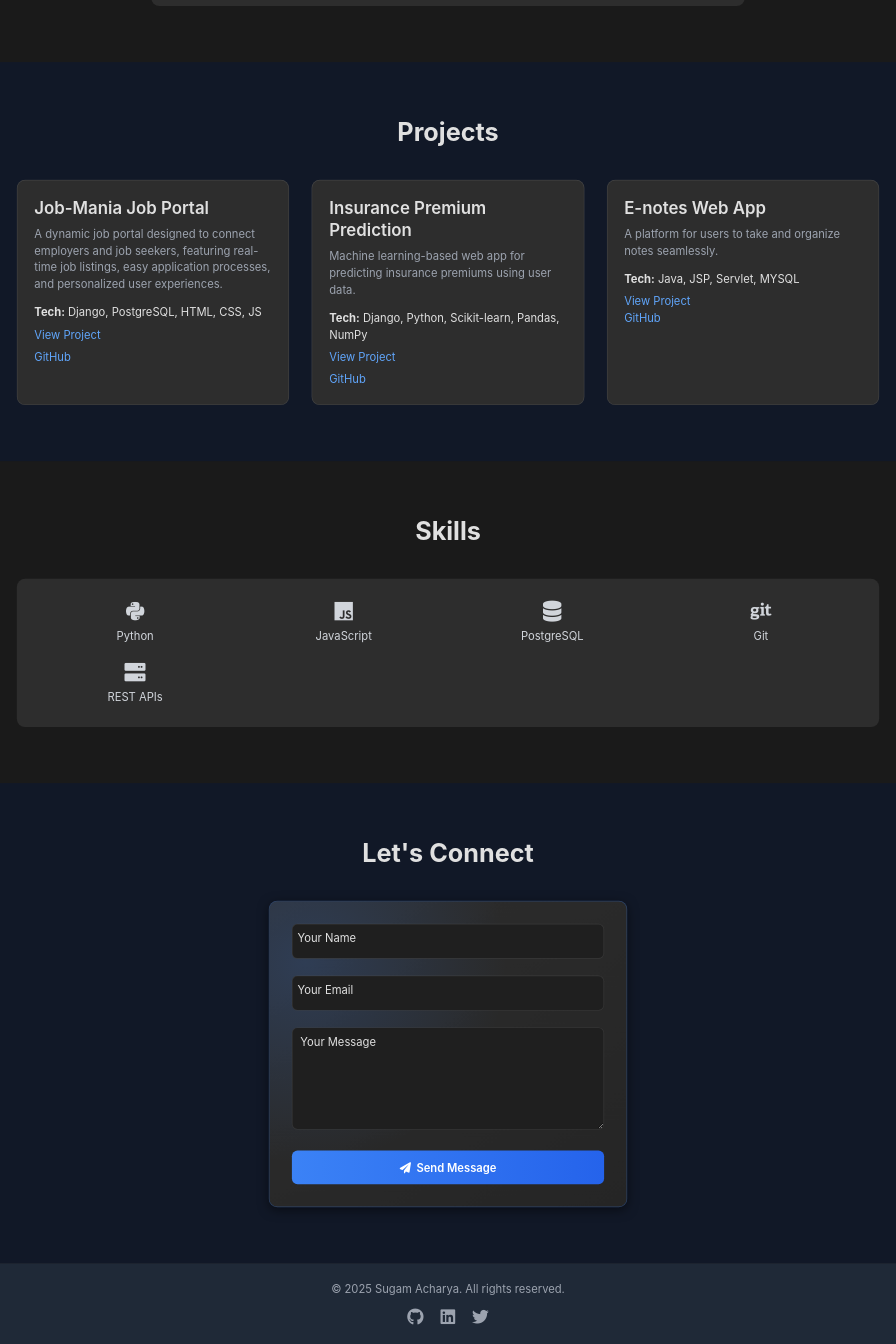
Repository: Sugaam0/Portfolio
Page: portfolio/home/templates/home/index.html
These files come from the project's save history. The page is drawn as it stood at one moment and after the next save; the edit follows.
The browser window is 1280 px wide. The pictures show the part of the page from y = 994 to 2914 px (the page is 2914 px tall before and 2828 px after), at 70% of full size.
The template is drawn by Django 5.2. The application's start-up code is not run. Other server files are loaded and not shown. The template is opened directly, without the code that normally fills it, so the values that code supplies are empty.

Above is the page before, as saved 2025-05-08 17:51:43.

### portfolio/home/templates/home/index.html
{% load static %}
<!DOCTYPE html>
<html lang="en">
<head>
  <meta charset="UTF-8" />
  <meta name="viewport" content="width=device-width, initial-scale=1.0"/>
  <title>| Sugam Acharya |</title>
  <link href="https://cdn.jsdelivr.net/npm/tailwindcss@2.2.19/dist/tailwind.min.css" rel="stylesheet"/>
  <link rel="stylesheet" href="https://cdnjs.cloudflare.com/ajax/libs/font-awesome/6.0.0-beta3/css/all.min.css"/>
  <link rel="stylesheet" href="{% static 'css/style.css' %}">
</head>
<body class="antialiased scroll-smooth">

{% include 	"home/navbar.html" %}
<!-- Hero Section -->
<section id="home" class="min-h-screen flex items-center justify-center pt-20">
  <div class="container mx-auto px-6 text-center">
    <h1 class="text-5xl font-bold mb-4">Aspiring Full-Stack Developer</h1>
    <p class="text-lg text-accent mb-4">
      <span id="typed-text" class="font-semibold">Building the web one line at a time.</span>
    </p>
    <p class="text-xl text-secondary mb-6">
      Eager to build innovative digital experiences and grow through hands-on projects and collaboration.
    </p>
    <p class="text-md text-secondary mb-8">
      Recently completed training in modern web technologies including Python, JavaScript, and Java.
    </p>
    <a href="#projects" class="btn-accent px-6 py-3 rounded-lg font-semibold">Explore My Work</a>
  </div>
</section>

<!-- About Section -->
<section id="about" class="py-20">
  <div class="container mx-auto px-6 max-w-4xl">
    <h2 class="text-4xl font-bold text-center mb-10">About Me</h2>
    <div class="section-bg p-8">
      <p class="text-lg leading-relaxed text-gray-300">
        Passionate coder focused on building efficient web solutions. Skilled in Python and Machine Learning, I'm eager to turn creative ideas into functional applications.
      </p>
    </div>
  </div>
</section>

<!-- Projects -->
<section id="projects" class="py-20 bg-gray-900">
    <div class="container mx-auto px-6">
      <h2 class="text-4xl font-bold text-center mb-12">Projects</h2>
      <div class="grid grid-cols-1 sm:grid-cols-2 lg:grid-cols-3 gap-8">
        <!-- Project Cards -->
        <div class="project-card section-bg p-6">
          <h3 class="text-2xl font-semibold mb-2">Job-Mania Job Portal</h3>
          <p class="text-gray-400 mb-4">A dynamic job portal designed to connect employers and job seekers, featuring real-time job listings, easy application processes, and personalized user experiences.</p>
          <p><strong>Tech:</strong> Django, PostgreSQL, HTML, CSS, JS</p>
          <a href="#" class="text-blue-400 hover:underline mt-2 inline-block">View Project</a><br>
          <a href="https://github.com/Sugaam0/JobMania-JobPortal" class="text-blue-400 hover:underline mt-2 inline-block" target="_blank">GitHub</a>
        </div>
        <div class="project-card section-bg p-6">
          <h3 class="text-2xl font-semibold mb-2">Insurance Premium Prediction</h3>
          <p class="text-gray-400 mb-4">Machine learning-based web app for predicting insurance premiums using user data.</p>
          <p><strong>Tech:</strong> Django, Python, Scikit-learn, Pandas, NumPy</p>
          <a href="#" class="text-blue-400 hover:underline mt-2 inline-block">View Project</a><br>
          <a href="https://github.com/Sugaam0/insurance-Premium-Prediction" class="text-blue-400 hover:underline mt-2 inline-block" target="_blank">GitHub</a>

        </div>
        <div class="project-card section-bg p-6">
            <h3 class="text-2xl font-semibold mb-2">E-notes Web App</h3>
            <p class="text-gray-400 mb-4">A platform for users to take and organize notes seamlessly.</p>
            <p><strong>Tech:</strong> Java, JSP, Servlet, MYSQL</p>
            <div class="mt-2">
                <a href="#" class="text-blue-400 hover:underline inline-block mr-4">View Project</a><br>
                <a href="https://github.com/Sugaam0/ProjectFinal-Online-Notepad" class="text-blue-400 hover:underline inline-block" target="_blank">GitHub</a>
            </div>
        </div>
      </div>
    </div>
  </section>


<!-- Skills -->
<section id="skills" class="py-20">
  <div class="container mx-auto px-6">
    <h2 class="text-4xl font-bold text-center mb-12">Skills</h2>
    <div class="section-bg p-8 grid grid-cols-2 md:grid-cols-4 gap-6 text-center text-gray-300">
      <div><i class="fab fa-python text-3xl mb-2 icon-hover"></i><p>Python</p></div>
      <div><i class="fab fa-js text-3xl mb-2 icon-hover"></i><p>JavaScript</p></div>

      <div><i class="fas fa-database text-3xl mb-2 icon-hover"></i><p>PostgreSQL</p></div>


      <div><i class="fab fa-git text-3xl mb-2 icon-hover"></i><p>Git</p></div>
      <div><i class="fas fa-server text-3xl mb-2 icon-hover"></i><p>REST APIs</p></div>
    </div>
  </div>
</section>

<!-- Contact Section -->
<section id="contact" class="py-20 bg-gray-900">
  <div class="container mx-auto px-6">
    <h2 class="text-4xl font-bold text-center mb-12">Let's Connect</h2>
    <div class="contact-form p-8 max-w-lg mx-auto rounded-xl">
      <form action="{% url 'contact' %}" method="POST">
        {% csrf_token %}
        <div class="mb-6 relative">
          <input type="text" id="name" name="name" class="form-input w-full p-3 rounded-lg peer" placeholder=" " required>
          <label for="name" class="form-label absolute left-2 top-2 text-secondary">Your Name</label>
        </div>
        <div class="mb-6 relative">
          <input type="email" id="email" name="email" class="form-input w-full p-3 rounded-lg peer" placeholder=" " required>
          <label for="email" class="form-label absolute left-2 top-2 text-secondary">Your Email</label>
        </div>
        <div class="mb-6 relative">
          <textarea id="message" name="message" rows="5" class="form-input w-full p-3 rounded-lg peer" placeholder=" " required></textarea>
          <label for="message" class="form-label absolute left-3 top-2 text-secondary">Your Message</label>
        </div>
        <button type="submit" class="btn-accent w-full py-3 rounded-lg font-semibold flex items-center justify-center gap-2">
          <i class="fas fa-paper-plane"></i> Send Message
        </button>
      </form>
    </div>
  </div>
</section>

<!-- Footer -->
{% include "home/footer.html" %}
</body>
</html>

### portfolio/home/templates/home/navbar.html
<!-- Navbar -->
<nav class="navbar fixed top-0 w-full z-50">
    <div class="container mx-auto px-6 py-5 flex justify-between items-center">
      <a href="{% url 'index' %}" class="logo text-white">Sugam Acharya</a>
      <div class="space-x-6 text-sm font-medium">
        <a href="#about" class="nav-link">About</a>
        <a href="#projects" class="nav-link">Projects</a>
        <a href="#skills" class="nav-link">Skills</a>
        <a href="#contact" class="nav-link">Contact</a>
      </div>
    </div>
  </nav>

### portfolio/home/templates/home/footer.html
<footer class="bg-gray-800 py-6">
    <div class="container mx-auto px-6 text-center text-gray-400">
      <p>© 2025 Sugam Acharya. All rights reserved.</p>
      <div class="flex justify-center space-x-6 mt-4">
        <a href="https://github.com/Sugaam0" class="icon-hover" target="_blank"><i class="fab fa-github text-2xl"></i></a>
        <a href="https://www.linkedin.com/in/sugam-acharya-b1059a23b/" class="icon-hover" target="_blank"><i class="fab fa-linkedin text-2xl"></i></a>
        <a href="https://x.com/gaam_su" class="icon-hover" target="_blank"><i class="fab fa-twitter text-2xl"></i></a>
      </div>
    </div>
  </footer>

### portfolio/home/static/css/style.css
:root {
    --bg-primary: #1a1a1a;
    --bg-secondary: #2d2d2d;
    --text-primary: #e0e0e0;
    --text-secondary: #a0a0a0;
    --accent: #3b82f6;
    --accent-dark: #2563eb;
  }

  body {
    background-color: var(--bg-primary);
    color: var(--text-primary);
    font-family: 'Inter', sans-serif;
  }

  .navbar {
    background: linear-gradient(to bottom, var(--bg-secondary), rgba(45, 45, 45, 0.95));
    backdrop-filter: blur(8px);
    box-shadow: 0 2px 5px rgba(0, 0, 0, 0.3);
  }

  .nav-link {
    position: relative;
    padding-bottom: 0.25rem;
    transition: color 0.3s ease;
  }

  .nav-link::after {
    content: '';
    position: absolute;
    width: 0;
    height: 2px;
    bottom: 0;
    left: 0;
    background-color: var(--accent);
    transition: width 0.3s ease;
  }

  .nav-link:hover::after {
    width: 100%;
  }

  .nav-link:hover {
    color: var(--accent);
  }

  .logo {
    font-size: 1.75rem;
    font-weight: 800;
    letter-spacing: 0.05em;
    transition: transform 0.3s ease, color 0.3s ease;
  }

  .logo:hover {
    transform: scale(1.05);
    color: var(--accent);
  }

  .section-bg {
    background-color: var(--bg-secondary);
    border-radius: 0.75rem;
    transition: background-color 0.3s ease;
  }

  .section-bg:hover {
    background-color: #353535;
  }

  .btn-accent {
    background: linear-gradient(to right, var(--accent), var(--accent-dark));
    color: white;
    position: relative;
    overflow: hidden;
    transition: background 0.3s ease;
  }

  .btn-accent::before {
    content: '';
    position: absolute;
    top: 0;
    left: -100%;
    width: 100%;
    height: 100%;
    background: linear-gradient(90deg, transparent, rgba(255, 255, 255, 0.2), transparent);
    transition: 0.5s;
  }

  .btn-accent:hover::before {
    left: 100%;
  }

  .btn-accent:hover {
    background: linear-gradient(to right, var(--accent-dark), var(--accent));
  }

  .project-card {
    transition: transform 0.3s ease, box-shadow 0.3s ease, border-color 0.3s ease;
    border: 1px solid rgba(255, 255, 255, 0.1);
  }

  .project-card:hover {
    transform: translateY(-6px);
    box-shadow: 0 6px 25px rgba(0, 0, 0, 0.6);
    border-color: var(--accent);
  }

  .icon-hover {
    transition: transform 0.3s ease, color 0.3s ease;
  }

  .icon-hover:hover {
    transform: scale(1.2);
    color: var(--accent);
  }

  /* Enhanced Contact Form Styles */
      .contact-form {
          background: linear-gradient(145deg, var(--bg-secondary), #252525);
          border: 1px solid rgba(59, 130, 246, 0.3);
          box-shadow: 0 4px 15px rgba(0, 0, 0, 0.5);
          position: relative;
          overflow: hidden;
      }

      .contact-form::before {
          content: '';
          position: absolute;
          top: 0;
          left: 0;
          width: 100%;
          height: 100%;
          background: radial-gradient(circle at 10% 20%, rgba(59, 130, 246, 0.2) 0%, transparent 50%);
          pointer-events: none;
      }

      .form-input {
          background-color: #1f1f1f;
          border: 1px solid rgba(255, 255, 255, 0.1);
          transition: border-color 0.3s ease, box-shadow 0.3s ease;
      }

      .form-input:focus {
          border-color: var(--accent);
          box-shadow: 0 0 8px rgba(59, 130, 246, 0.3);
          outline: none;
      }

      .form-label {
          transition: color 0.3s ease;
      }

      .form-input:focus + .form-label,
      .form-input:not(:placeholder-shown) + .form-label {
          color: var(--accent);
          transform: translateY(-1.5rem);
          font-size: 0.8rem;
      }

      ::selection {
          background: var(--accent);
          color: white;
      }

After the next save:
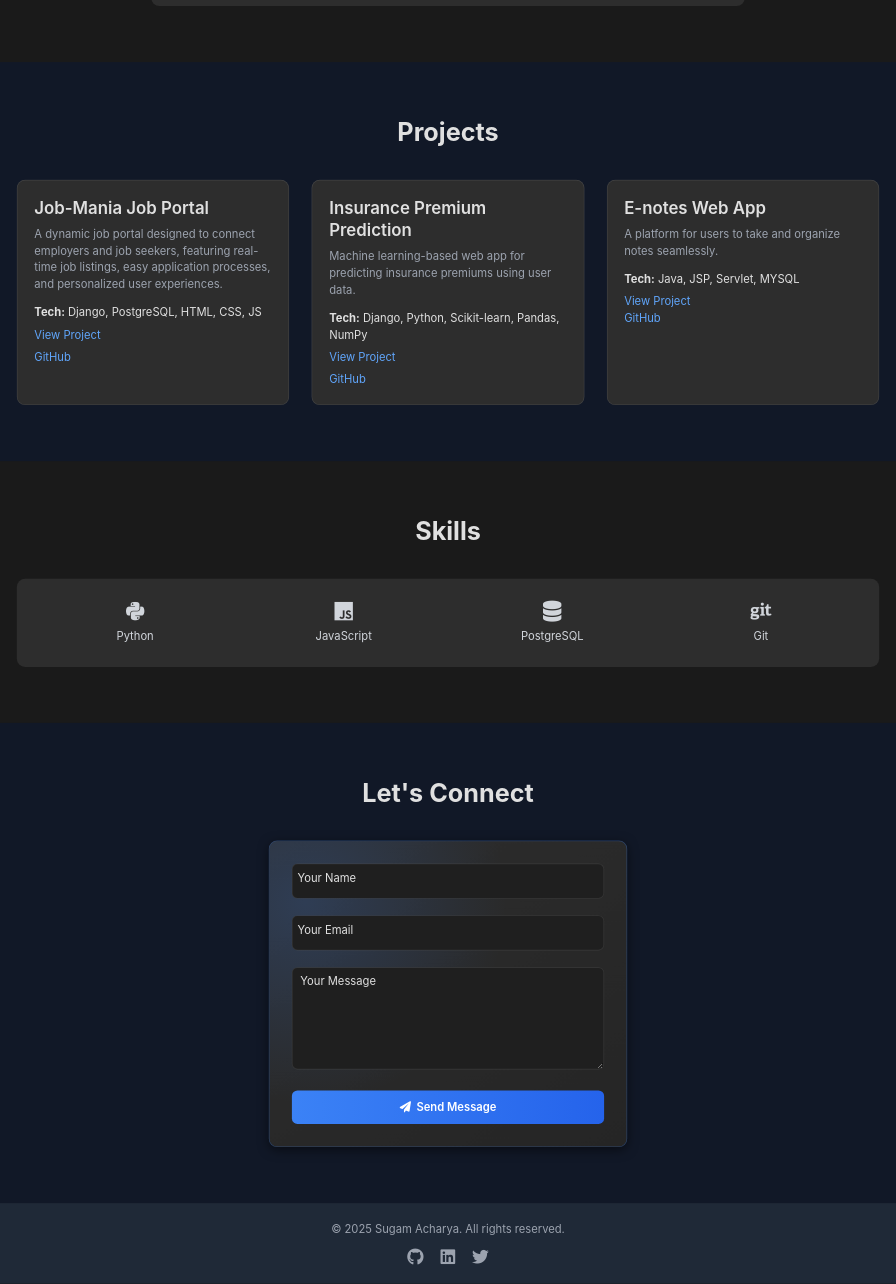
Saved 4 s later.
--- a/portfolio/home/templates/home/index.html
+++ b/portfolio/home/templates/home/index.html
@@ -88,7 +88,7 @@
 
 
       <div><i class="fab fa-git text-3xl mb-2 icon-hover"></i><p>Git</p></div>
-      <div><i class="fas fa-server text-3xl mb-2 icon-hover"></i><p>REST APIs</p></div>
+
     </div>
   </div>
 </section>

After the save that followed:
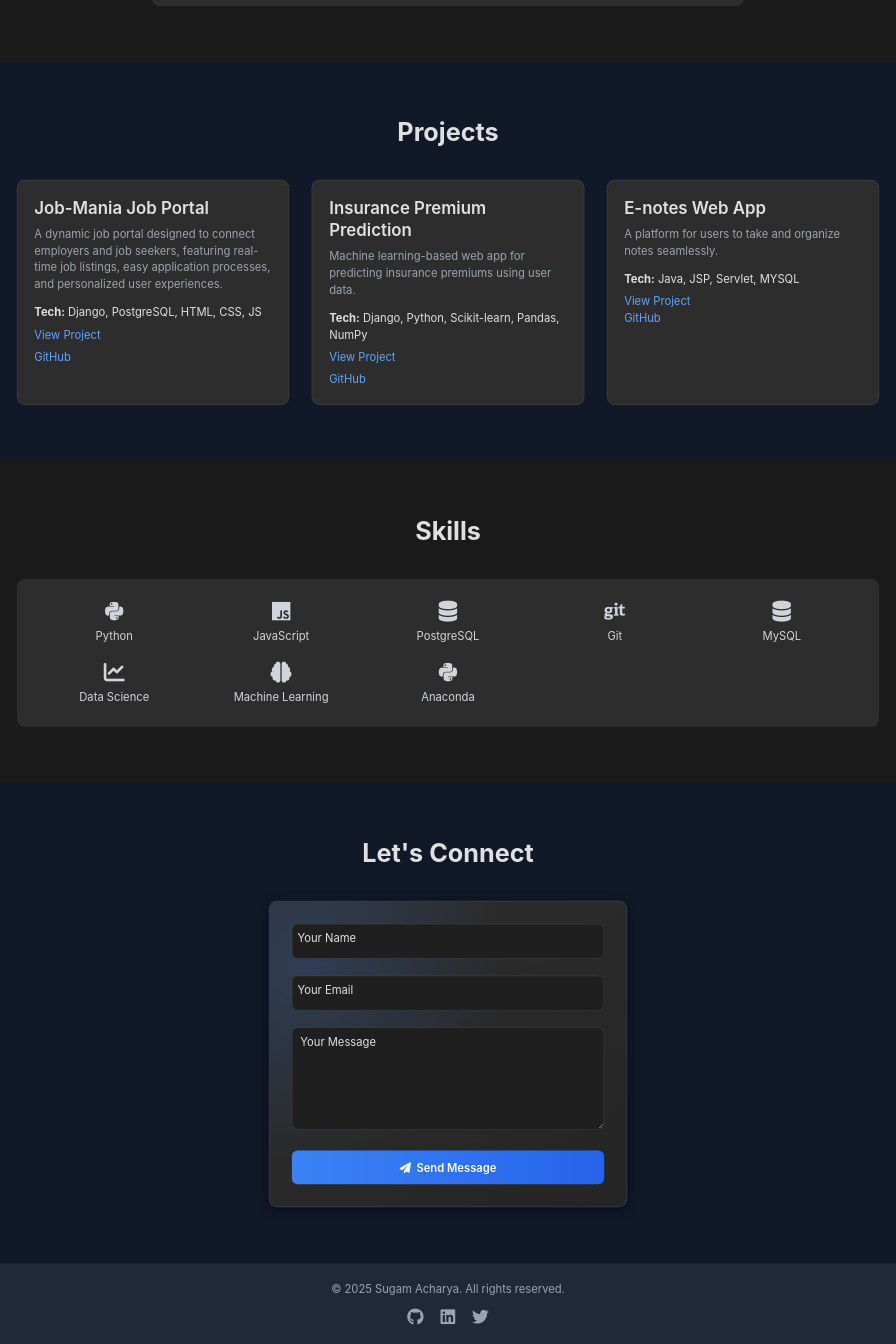
Saved 50 s later.
--- a/portfolio/home/templates/home/index.html
+++ b/portfolio/home/templates/home/index.html
@@ -78,20 +78,20 @@
 
 <!-- Skills -->
 <section id="skills" class="py-20">
-  <div class="container mx-auto px-6">
-    <h2 class="text-4xl font-bold text-center mb-12">Skills</h2>
-    <div class="section-bg p-8 grid grid-cols-2 md:grid-cols-4 gap-6 text-center text-gray-300">
-      <div><i class="fab fa-python text-3xl mb-2 icon-hover"></i><p>Python</p></div>
-      <div><i class="fab fa-js text-3xl mb-2 icon-hover"></i><p>JavaScript</p></div>
-
-      <div><i class="fas fa-database text-3xl mb-2 icon-hover"></i><p>PostgreSQL</p></div>
-
-
-      <div><i class="fab fa-git text-3xl mb-2 icon-hover"></i><p>Git</p></div>
-
+    <div class="container mx-auto px-6">
+      <h2 class="text-4xl font-bold text-center mb-12">Skills</h2>
+      <div class="section-bg p-8 grid grid-cols-2 md:grid-cols-5 gap-6 text-center text-gray-300">
+        <div><i class="fab fa-python text-3xl mb-2 icon-hover"></i><p>Python</p></div>
+        <div><i class="fab fa-js text-3xl mb-2 icon-hover"></i><p>JavaScript</p></div>
+        <div><i class="fas fa-database text-3xl mb-2 icon-hover"></i><p>PostgreSQL</p></div>
+        <div><i class="fab fa-git text-3xl mb-2 icon-hover"></i><p>Git</p></div>
+        <div><i class="fas fa-database text-3xl mb-2 icon-hover"></i><p>MySQL</p></div>
+        <div><i class="fas fa-chart-line text-3xl mb-2 icon-hover"></i><p>Data Science</p></div>
+        <div><i class="fas fa-brain text-3xl mb-2 icon-hover"></i><p>Machine Learning</p></div>
+        <div><i class="fab fa-python text-3xl mb-2 icon-hover"></i><p>Anaconda</p></div>
+      </div>
     </div>
-  </div>
-</section>
+  </section>
 
 <!-- Contact Section -->
 <section id="contact" class="py-20 bg-gray-900">
